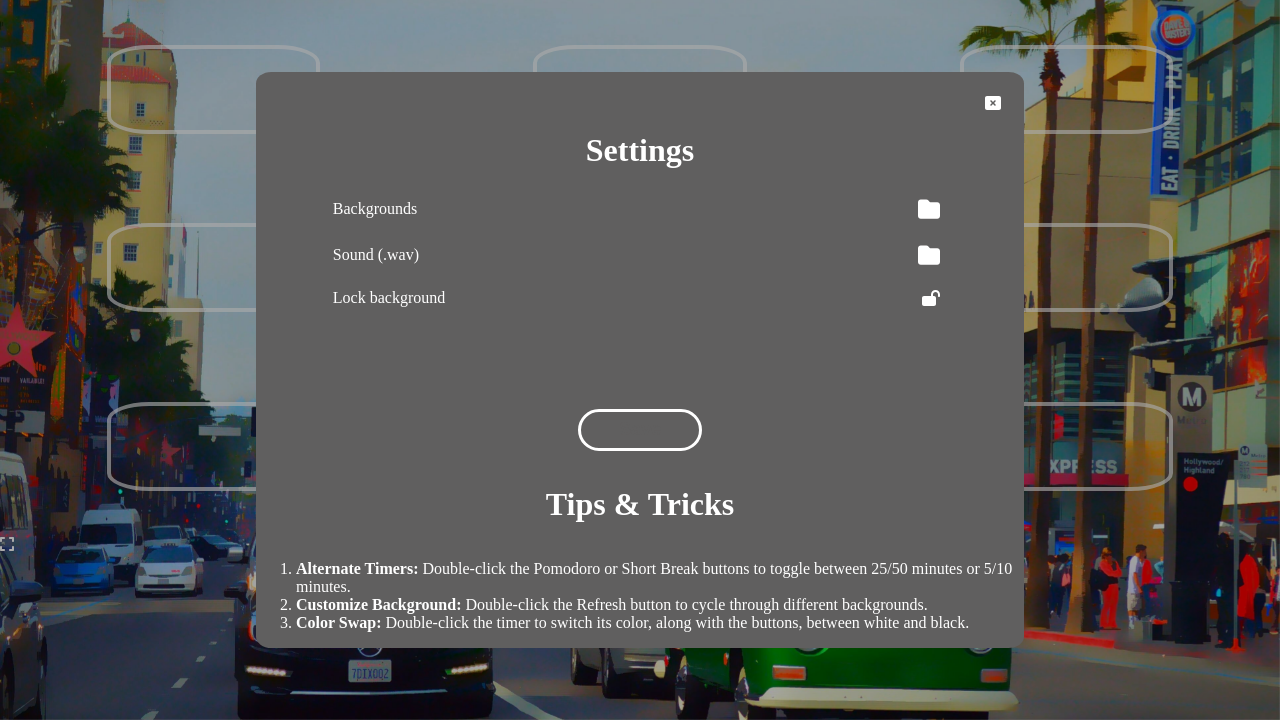
Repository: ttommytan/pomodoro
Page: /, after clicking the first element matching `svg.fa-gear`
The author's editor kept a copy of each file at every save. The page is drawn from the files as they stood at one save, then again after the next save.
The browser window is 1280 px wide. The pictures show the whole page.
The project was rebuilt for these pictures with package versions that can differ from the ones it lists, and the page was loaded fresh each time. Also part of the build but not shown: vite.config.js, src/components/Test.jsx, src/components/SliderComponent.jsx. Imported but missing from the stored project, and not drawn on this page: src/assets/chime.wav.

Above is the page before, as saved 2024-08-27 13:45:06.

### index.html
<!doctype html>
<html lang="en">
  <head>
    <meta charset="UTF-8" />
    <link rel="icon" type="image/svg+xml" href="/vite.svg" />
    <meta name="viewport" content="width=device-width, initial-scale=1.0" />
    <title>Pomodoro Timer</title>
    <link rel="preconnect" href="https://fonts.googleapis.com">
    <link rel="preconnect" href="https://fonts.gstatic.com" crossorigin>
    <link href="https://fonts.googleapis.com/css2?family=Space+Grotesk:wght@300..700&display=swap" rel="stylesheet">
  </head>
  <body>
    <div id="root"></div>

    <script type="module" src="/src/main.jsx"></script>
  </body>
</html>

### src/App.jsx
import { useState } from 'react'
import Test from './components/Test'
import Countdown from './components/Countdown'
import SliderComponent from './components/SliderComponent'

function App() {
  const [count, setCount] = useState(0)

  return (
    <>

    <div className=''>
        <Countdown givenTime={1500}/>
    </div>
    </>
  )
}

export default App

### src/index.css
.big-container {
  top: 0;
  left: 0;
  width: 100%;
  height: 100%;
  position: absolute;
  display: grid;
  overflow: hidden;
  margin: 0;
  padding: 0;
  background-size: cover;
  background-repeat: no-repeat;
  background-attachment: fixed;
  background-position: center;

  grid-template-areas: "top-left top-mid top-right"
                       "mid-left mid-mid mid-right"
                       "bot-left bot-mid bot-right";
}

.containers-top-left, .containers-top-mid, .containers-top-right,
.containers-mid-left, .containers-mid-mid, .containers-mid-right,
.containers-bot-left, .containers-bot-mid, .containers-bot-right {
  width:500px;
  height: 300px;
  font-family: "Space Grotesk", sans-serif;
  font-weight: 400;
  display: flex;
  flex-direction: column;
  justify-content: space-evenly;
  align-items: center;
  position: absolute;
  top: 50%;
  left: 50%;
  transform: translate(-50%, -50%);
  padding: 10px;
  user-select: none;
  -moz-user-select: none;
  -khtml-user-select: none;
  -webkit-user-select: none;
  -o-user-select: none;
  z-index: 2;
}

.containers-top-left:hover, .containers-top-mid:hover, .containers-top-right:hover,
.containers-mid-left:hover, .containers-mid-mid:hover, .containers-mid-right:hover,
.containers-bot-left:hover, .containers-bot-mid:hover, .containers-bot-right:hover
{
  cursor: pointer;
}
.containers-top-left{
  grid-area: top-left;
  padding-top: 10%;
}
.containers-top-mid {
  grid-area: top-mid;
  padding-top: 10%;
}
.containers-top-right {
  grid-area: top-right;
  padding-top: 10%;
}

.containers-mid-left {
  grid-area: mid-left;
}
.containers-mid-mid {
  grid-area: mid-mid;
}
.containers-mid-right {
  grid-area: mid-right;
}


.containers-bot-left {
  grid-area: bot-left;
  padding-bottom: 10%;
}
.containers-bot-mid {
  grid-area: bot-mid;
  padding-bottom: 10%;
}
.containers-bot-right {
  grid-area: bot-right;
  padding-bottom: 10%;
}

.top-left, .top-mid, .top-right,
.mid-left, .mid-mid, .mid-right,
.bot-left, .bot-mid, .bot-right{
  height: 50%;
  width: 50%;
  margin:auto;
  border-radius: 20%;
  border: rgba(255, 255, 255, 0.637) .3em solid;
  opacity: 1;
  background-color: rgba(0, 0, 0, 0);
}

.top-left:hover, .top-mid:hover, .top-right:hover,
.mid-left:hover, .mid-mid:hover, .mid-right:hover,
.bot-left:hover, .bot-mid:hover, .bot-right:hover{
  opacity: 1;
}

.top-leftblack, .top-midblack, .top-rightblack,
.mid-leftblack, .mid-midblack, .mid-rightblack,
.bot-leftblack, .bot-midblack, .bot-rightblack{
  height: 50%;
  width: 50%;
  margin:auto;
  border-radius: 20%;
  border: rgba(0, 0, 0, 0.637) .3em solid;
  opacity: 0;
  background-color: rgba(0, 0, 0, 0);
}

.top-leftblack:hover, .top-midblack:hover, .top-rightblack:hover,
.mid-leftblack:hover, .mid-midblack:hover, .mid-rightblack:hover,
.bot-leftblack:hover, .bot-midblack:hover, .bot-rightblack:hover{
  opacity: 1;
}

.top-left {grid-area: top-left;}
.top-mid {grid-area: top-mid;}
.top-right {grid-area: top-right;}

.mid-left {grid-area: mid-left;}
.mid-mid {grid-area: mid-mid;}
.mid-right {grid-area: mid-right;}

.bot-left {grid-area: bot-left;}
.bot-mid {grid-area: bot-mid;}
.bot-right {grid-area: bot-right;}





.inner-element {
  font-size: 80px;
  flex-wrap: wrap;
  text-align: center;
  margin:0;

}


.time {
  margin: 0;
  color: white;
}

.timeblack {
  margin: 0;
  color: black;
}


.buttons, .buttonsactive, .pause-button {
  margin: 0 5px; /* Add some space between buttons */
  cursor: pointer;
  color: white;
  border-radius: 30px;
  width: 124px;
  height: 42px;
  font-size: 18px;
  box-shadow: none;
  border: solid white;
  background-color: rgba(255, 255, 255, 0);
  font-weight: 600;

}

.buttonsactive{
  background-color: white;
  color: black;
}
.buttons:hover{
  background-color: white;
  color: black
}
.pause-button:hover{
  background-color: rgba(255, 255, 255, 0);
  color: white;
}

.buttonsblack, .buttonsactiveblack, .pause-buttonblack {
  margin: 0 5px; /* Add some space between buttons */
  cursor: pointer;
  color: black;
  border-radius: 30px;
  width: 124px;
  height: 42px;
  font-size: 18px;
  box-shadow: none;
  border: solid black;
  background-color: rgba(255, 255, 255, 0);
  font-weight: 600;

}
.buttonsactiveblack{
  background-color: black;
  color: white;
}
.buttonsblack:hover{
  background-color: black;
  color: white
}

.pause-buttonblack:hover{
  background-color: rgba(255, 255, 255, 0);
  color: black;
}

.pause-button {
  width: 100px;
  background-color: white;
  color: black
}

.pause-buttonblack {
  width: 100px;
  background-color: black;
  color: white
}


.bg-img{
  width: 100%;
  height: 100%;
  display: block;
}


.top-buttons {
  transition: opacity .8s ease-in-out;
  opacity: 1;
}

.top-buttonshide {
  opacity: 0;
  transition: opacity .8s ease-in-out;
}




.slider-container {
  max-width: 600px;
  margin: auto;
}

.slide {
  padding: 20px;
  font-size: 18px;
  text-align: center;
}

.slick-dots li button:before {
  font-size: 12px;
  color: blue; /* Change this to the color you prefer */
}

.slick-dots li.slick-active button:before {
  color: red !important; /* Change this to the color you prefer */
}

.slick-prev:before,
.slick-next:before {
  color: black; /* Change this to the color you prefer */
}

.top-right{
  position: relative;
}

.settings{
  grid-area: top-right;
  width: 45px;
  height: 45px;
  margin: auto;
  z-index: 1;
}

.outer-popup{
  position: fixed;
  top: 0;
  left: 0;
  width: 100%;
  height: 100vh;
  display: flex;
  justify-content: center;
  align-items: center;
  background-color: rgba(0, 0, 0, 0.332);
  z-index: 1000;
}

.inner-popup {
  background-color: rgb(96, 95, 95);
  width: 60%;
  height: 80%;
  display: flex;
  flex-direction: column;
  align-items: center;
  border-radius: 2%;
  z-index: 1001;
  color: white;
}

.exit{
  margin-top: 3%;
  margin-right: 3%;
  align-self: flex-end;
}
.settings-elements{
  width: 80%;
  display: flex;
  flex-direction: column;
  gap: 10px;

}
.settings-element{
  display: flex;
  align-items: center;
  justify-content: space-between;

}

.actual-btn {
  display: flex;
  flex-wrap: wrap;


  color: white;
  border-radius: 0.3rem;
  cursor: pointer;
  margin: 7px;
  justify-content: center;
  align-items: center;

}
.notification{
  position: absolute;
  bottom: 0;
  left: 0;
  background-color: white;
  padding: 1% 3%;;
  font-size: 18px;
  border-radius: 5px;
  margin-bottom: 1%;
  margin-left: 1%;
}

.icon-folder{
  width: 22px;
  height: 22px;
}
.save-container{
  flex:1;
  display: flex;
  flex-direction: column;
  justify-content:end;
}

.save{
  color: rgb(96, 95, 95);
  margin-bottom: 10%;
}

Loaded but not shown: src/main.jsx (common file); src/components/Countdown.jsx (615 lines, source omitted)

After the next save:
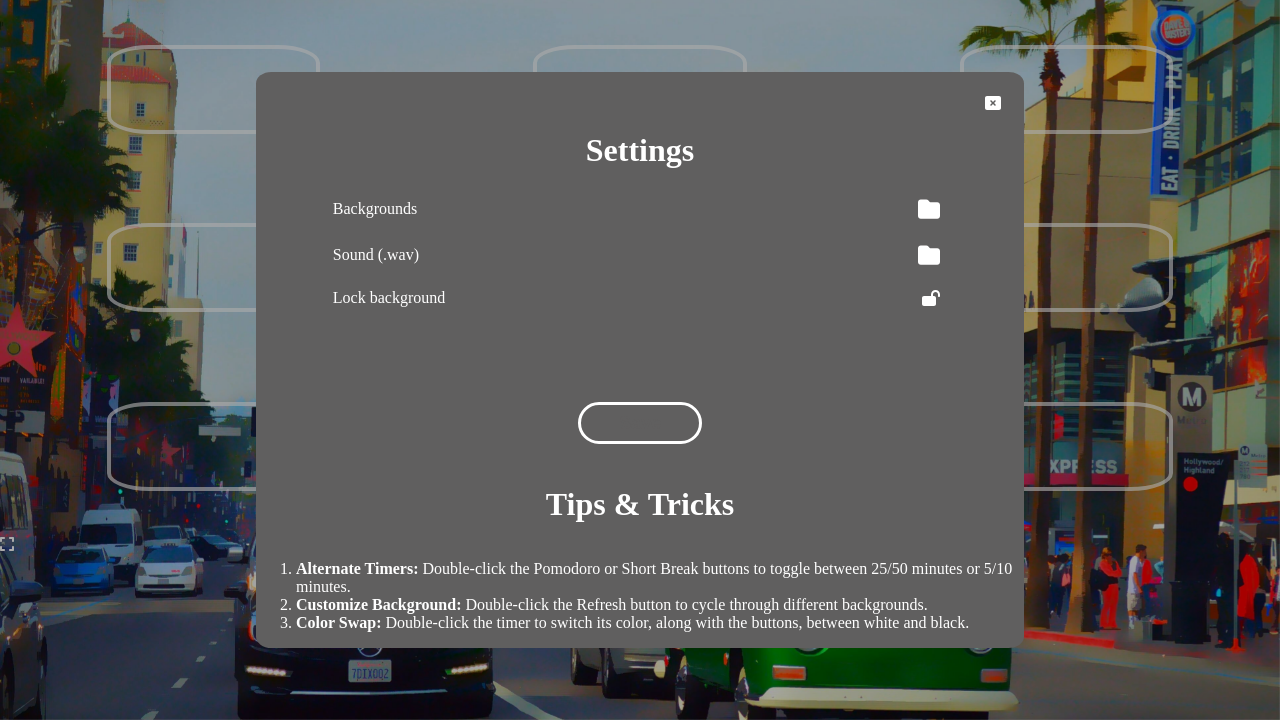
Saved 7 s later.
--- a/src/index.css
+++ b/src/index.css
@@ -365,5 +365,5 @@
 
 .save{
   color: rgb(96, 95, 95);
-  margin-bottom: 10%;
-}
+  margin-bottom: 15%;
+}
